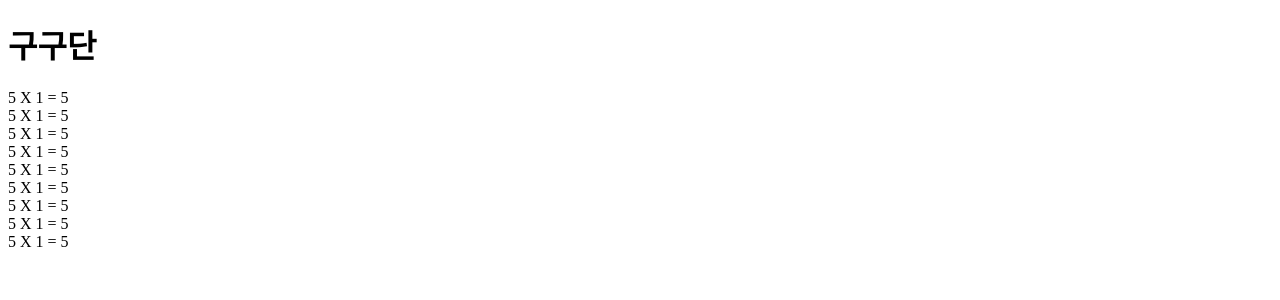
Repository: eeunha/server
Page: http://localhost/JSPTest/ex04.jsp
An editor plug-in stored every save of this project. The page is shown before and after the next save, followed by the edit.
The browser window is 1280 px wide. The pictures show the whole page.
The page is served by Tomcat 9.

Above is the page before, as saved 2023-10-17 05:31:29.

### JSPTest/src/main/webapp/ex04.jsp
<%@ page language="java" contentType="text/html; charset=UTF-8"
	pageEncoding="UTF-8"%>
<%
int dan = 5;
%>
<!DOCTYPE html>
<html>
<head>
<meta charset="UTF-8">
<title>Insert title here</title>
</head>
<body>
	<!-- ex04.jsp -->
	<h1>구구단</h1>

	<%
		for (int i = 1; i <= 9; i++) {
	%>

		<div>5 X 1 = 5</div>
	<%
		}
	%>

</body>
</html>

After the next save:
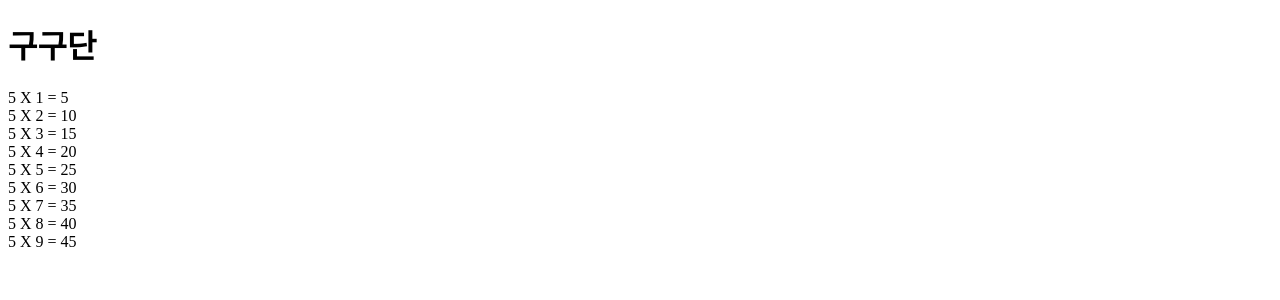
Saved 89 s later.
--- a/JSPTest/src/main/webapp/ex04.jsp
+++ b/JSPTest/src/main/webapp/ex04.jsp
@@ -17,7 +17,7 @@
 		for (int i = 1; i <= 9; i++) {
 	%>
 
-		<div>5 X 1 = 5</div>
+		<div><%= dan %> X <%= i %> = <%= dan * i %></div>
 	<%
 		}
 	%>
